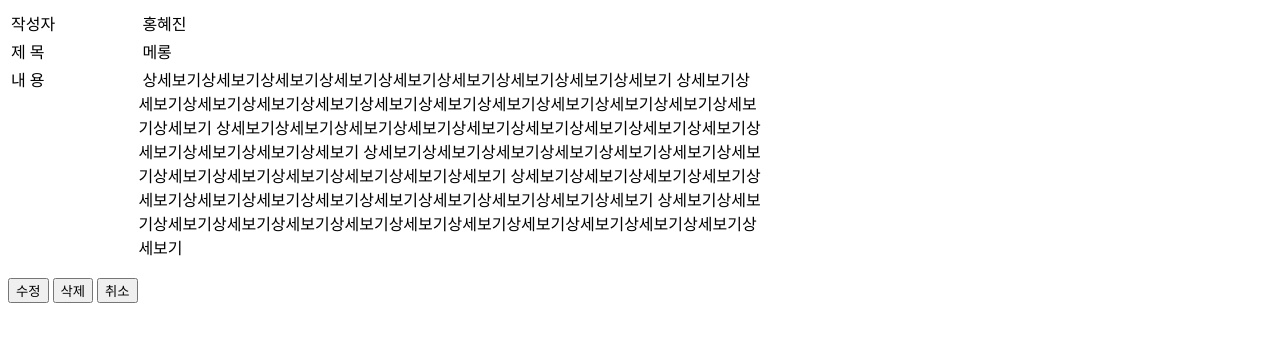
Repository: ekgus419/hckj
Page: http://localhost/Railro/WEB-INF/views/freeBoard/freeBoardDetail.jsp
These files come from the project's save history. The page is drawn as it stood at one moment and after the next save; the edit follows.
The browser window is 1280 px wide. The pictures show the whole page.
The page is served by Tomcat 9. Nobody is signed in. The template is opened directly, without the code that normally fills it, so the values that code supplies are empty.

Above is the page before, as saved 2016-08-23 01:41:18.

After the next save:
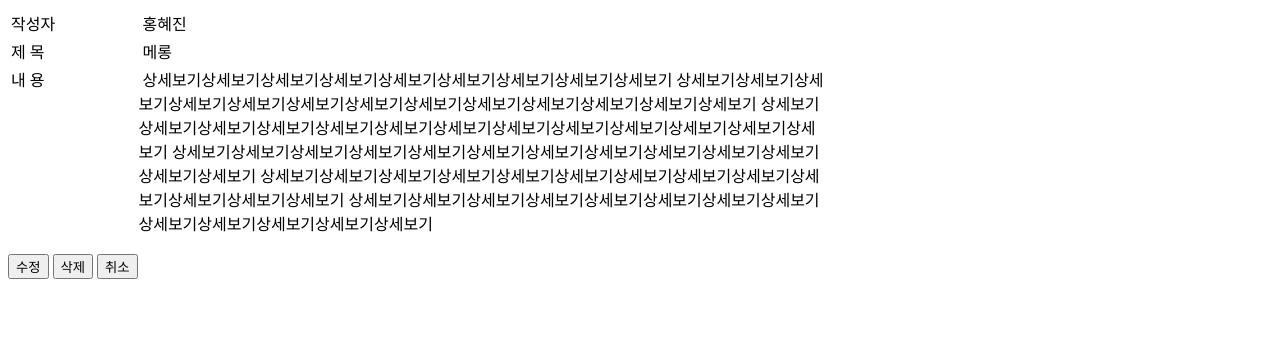
Saved 12 s later.
--- a/Railro/src/main/webapp/WEB-INF/views/freeBoard/freeBoardDetail.jsp
+++ b/Railro/src/main/webapp/WEB-INF/views/freeBoard/freeBoardDetail.jsp
@@ -2,10 +2,10 @@
 
 <div class="content">
 	<form name="" method="post" action="" onsubmit="" >
-		<table width="60%">
+		<table width="65%">
     		<tr>
 				<td width="10%">작성자</td>
-				<td width="50%">
+				<td width="55%">
 				&nbsp;홍혜진
 				</td>
 			</tr>
